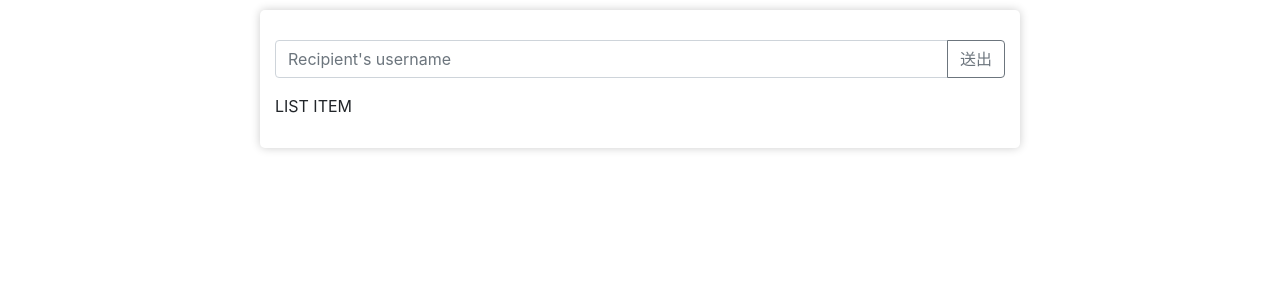
Repository: iian0910/vue3_todoList
Page: /
These files come from the project's save history. The page is drawn as it stood at one moment and after the next save; the edit follows.
The browser window is 1280 px wide. The pictures show the whole page.
The project was rebuilt for these pictures with package versions that can differ from the ones it lists, and the page was loaded fresh each time.

Above is the page before, as saved 2021-02-23 14:56:53.

After the next save:
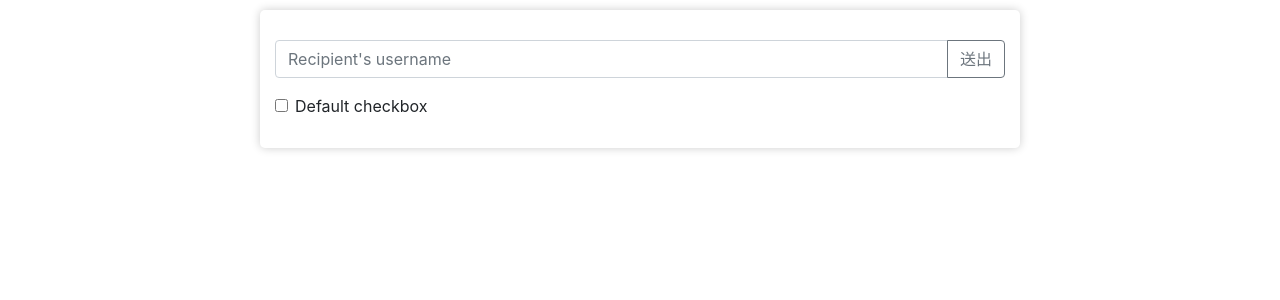
Saved 49 s later.
--- a/src/components/TodoList.vue
+++ b/src/components/TodoList.vue
@@ -13,7 +13,14 @@
 
         <!-- List 展示 -->
         <ul class="list">
-          <li class="list-item">LIST ITEM</li>
+          <li class="list-item">
+            <div class="form-check">
+              <input class="form-check-input" type="checkbox" value="" id="defaultCheck1">
+              <label class="form-check-label" for="defaultCheck1">
+                Default checkbox
+              </label>
+            </div>
+          </li>
         </ul>
         <!---->
       </div>
